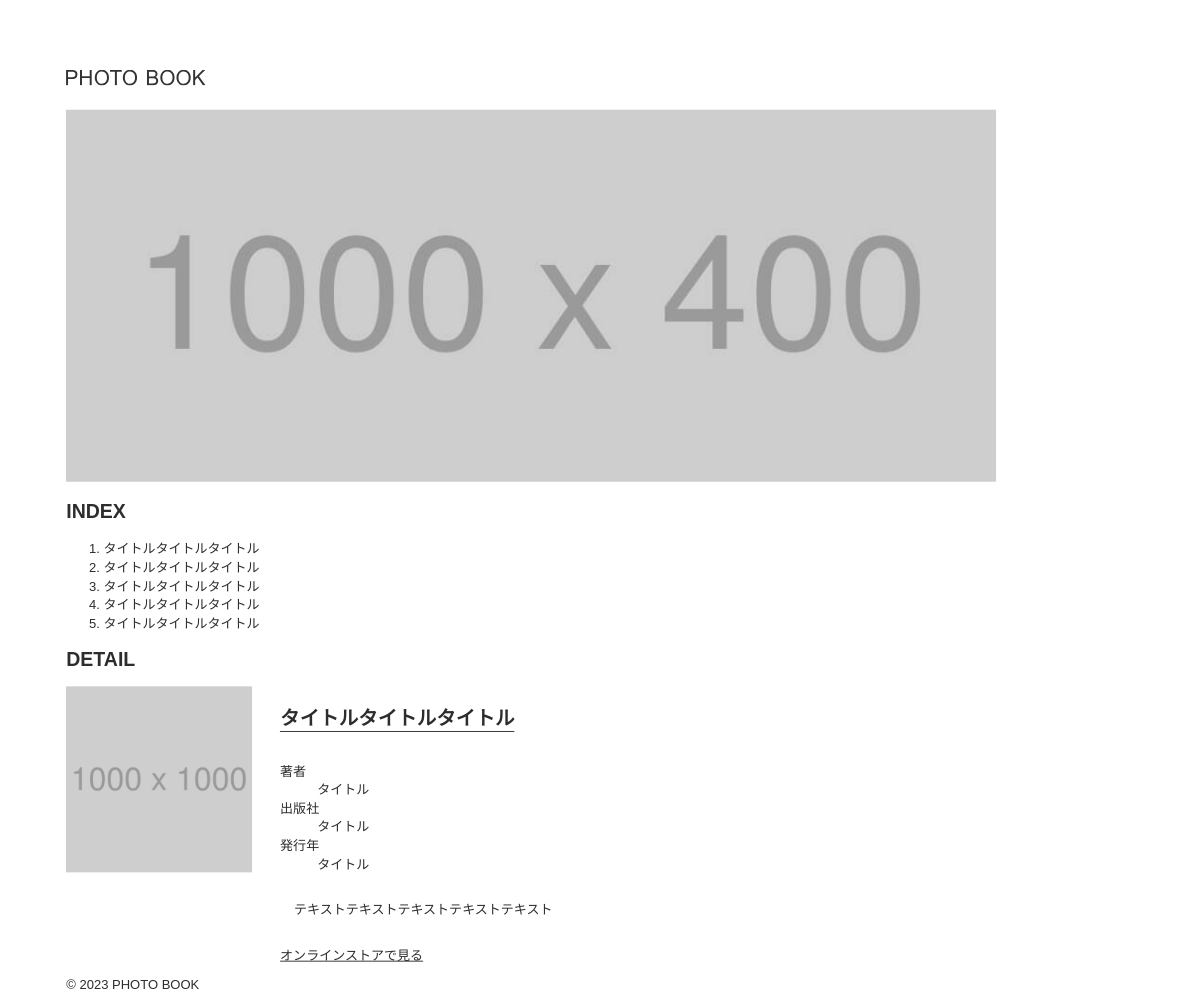
Repository: Fuki-san/photo-book-1
Page: http://localhost/photo
An editor plug-in stored every save of this project. The page is shown before and after the next save, followed by the edit.
The browser window is 1280 px wide. The pictures show the whole page, at 93% of full size.
The page is served by the project's Laravel application, run on PHP 8.4 with Laravel 10. Other server files are loaded and not shown.

Above is the page before, as saved 2023-11-26 16:05:15.

### routes/web.php
<?php

use Illuminate\Support\Facades\Route;

/*
|--------------------------------------------------------------------------
| Web Routes
|--------------------------------------------------------------------------
|
| Here is where you can register web routes for your application. These
| routes are loaded by the RouteServiceProvider and all of them will
| be assigned to the "web" middleware group. Make something great!
|
*/

Route::get('/', function () {
    return view('welcome');
});

Route::get('photo', function () {
    return view('photo');
});

### resources/views/photo.blade.php
@extends('layouts.main')

@section('title', 'photo')

@section('content')
    <header id="header" class="wrapper">
        <h1 class="site-title"><a href="#"><img src="img/logo.svg"></a></h1>
    </header>

    <main class="wrapper">
        <div id="mainvisual">
            <img src="img/mainvisual.jpg">
        </div>
        <section id="index">
            <h2 class="sec-title">INDEX</h2>
            <ol>
                <li>タイトルタイトルタイトル</li>
                <li>タイトルタイトルタイトル</li>
                <li>タイトルタイトルタイトル</li>
                <li>タイトルタイトルタイトル</li>
                <li>タイトルタイトルタイトル</li>
            </ol>
        </section>
        <section id="detail">
            <h2 class="sec-title">DETAIL</h2>
            <div class="flex-item">
                <div class="detail-img">
                    <img src="img/detail.jpg">
                </div>
                <div class="text">
                    <h2 class="sec-title">タイトルタイトルタイトル</h2>
                    <dl>
                        <dt>著者</dt>
                        <dd>タイトル</dd>
                        <dt>出版社</dt>
                        <dd>タイトル</dd>
                        <dt>発行年</dt>
                        <dd>タイトル</dd>
                    </dl>
                    <p>テキストテキストテキストテキストテキスト</p>
                    <a href="#">オンラインストアで見る</a>
                </div>
            </div>

        </section>
    </main>

    <footer id="footer" class="wrapper">
        <p class="copyright">&copy; 2023 PHOTO BOOK</p>
    </footer>
@endsection

### resources/views/layouts/main.blade.php
<!DOCTYPE html>
<html lang="ja">
<head>
    <meta charset="UTF-8">
    <meta name="viewport" content="width=device-width, initial-scale=1.0">
    <meta http-equiv="X-UA-Compatible" content="ie=edge">
    <link rel="stylesheet" href="{{ asset('css/reset.css') }}">
    <link rel="stylesheet" href="{{ asset('css/style.css') }}">
    <link rel="icon" href="img/favicon.ico">
    <title>@yield('title')</title>
</head>
<body>
    @yield('content')
</body>
</html>

### public/css/style.css
html{
    font-size: 100%;
}
body{
    color: #2d2d2d;
    font-family: Arial, Helvetica, sans-serif;
    font-size: 0.875rem;
}
img{
    max-width: 100%;
}

.wrapper {
    padding: 0 5%;
}
a{
    color: #2d2d2d;
}

#header .site-title{
    width: 150px;
}
#header .site-title a{
    display: block;
}
#header{
    margin-bottom: 10px;
    padding-top: 40px;
}

#mainvisual{
    vertical-align: bottom;
}

#index{
    margin: 0 auto;
    text-align: left;
}
#index ul{
    display: inline;
}

.detail-img{
    width: 200px;
}
.flex-item{
    display: flex;
}

.text{
    padding: 0 30px;
}
.text dl{
    display: flex;
    flex-wrap: wrap;
}
.text dt{
    width: 20%;
}

.text dd{
    width: 80%;
}
.text h2{
    display: inline-block;
    border-bottom: solid 1px #2d2d2d;
}
.text p{
    padding: 15px;
}

### public/img/logo.svg
<?xml version="1.0" encoding="utf-8"?>
<!-- Generator: Adobe Illustrator 15.1.0, SVG Export Plug-In . SVG Version: 6.00 Build 0)  -->
<!DOCTYPE svg PUBLIC "-//W3C//DTD SVG 1.1//EN" "http://www.w3.org/Graphics/SVG/1.1/DTD/svg11.dtd">
<svg version="1.1" id="レイヤー_1" xmlns="http://www.w3.org/2000/svg" xmlns:xlink="http://www.w3.org/1999/xlink" x="0px"
	 y="0px" width="1400px" height="156px" viewBox="0 0 1400 156" enable-background="new 0 0 1400 156" xml:space="preserve">
<g>
	<path fill="#333333" d="M0,152.092V2.65h56.373c9.92,0,17.498,0.477,22.731,1.428c7.34,1.223,13.49,3.552,18.451,6.982
		c4.96,3.433,8.953,8.241,11.978,14.425c3.022,6.185,4.536,12.98,4.536,20.387c0,12.709-4.043,23.463-12.129,32.264
		c-8.09,8.802-22.699,13.202-43.834,13.202h-38.33v60.754H0z M19.775,73.702h38.636c12.775,0,21.847-2.379,27.217-7.136
		c5.369-4.757,8.053-11.451,8.053-20.082c0-6.252-1.581-11.604-4.741-16.056c-3.16-4.45-7.324-7.391-12.487-8.817
		c-3.33-0.883-9.481-1.325-18.452-1.325H19.775V73.702z"/>
	<path fill="#333333" d="M139.859,152.092V2.65h19.776v61.367h77.677V2.65h19.775v149.441h-19.775V81.652h-77.677v70.439H139.859z"
		/>
	<path fill="#333333" d="M288.174,79.309c0-24.805,6.66-44.224,19.98-58.258C321.473,7.019,338.667,0,359.735,0
		c13.795,0,26.232,3.298,37.309,9.889c11.076,6.593,19.521,15.784,25.332,27.574c5.811,11.791,8.716,25.163,8.716,40.112
		c0,15.155-3.059,28.713-9.175,40.674c-6.116,11.961-14.781,21.016-25.993,27.166c-11.214,6.15-23.311,9.226-36.291,9.226
		c-14.067,0-26.641-3.398-37.717-10.194c-11.079-6.794-19.471-16.071-25.179-27.829C291.029,104.86,288.174,92.425,288.174,79.309z
		 M308.562,79.614c0,18.01,4.843,32.197,14.527,42.559c9.684,10.364,21.831,15.546,36.442,15.546
		c14.884,0,27.131-5.231,36.75-15.699c9.615-10.464,14.423-25.313,14.423-44.546c0-12.165-2.057-22.784-6.167-31.856
		c-4.112-9.071-10.126-16.106-18.043-21.101c-7.917-4.995-16.804-7.493-26.656-7.493c-14,0-26.046,4.81-36.137,14.425
		C313.608,41.065,308.562,57.121,308.562,79.614z"/>
	<path fill="#333333" d="M490.425,152.092V20.286h-49.237V2.65h118.451v17.636h-49.439v131.806H490.425z"/>
	<path fill="#333333" d="M570.14,79.309c0-24.805,6.658-44.224,19.979-58.258C603.438,7.019,620.632,0,641.7,0
		c13.794,0,26.23,3.298,37.309,9.889c11.076,6.593,19.522,15.784,25.331,27.574c5.813,11.791,8.717,25.163,8.717,40.112
		c0,15.155-3.059,28.713-9.176,40.674c-6.114,11.961-14.779,21.016-25.992,27.166s-23.311,9.226-36.291,9.226
		c-14.068,0-26.641-3.398-37.717-10.194c-11.078-6.794-19.47-16.071-25.179-27.829C572.994,104.86,570.14,92.425,570.14,79.309z
		 M590.526,79.614c0,18.01,4.843,32.197,14.527,42.559c9.685,10.364,21.83,15.546,36.442,15.546
		c14.883,0,27.132-5.231,36.748-15.699c9.615-10.464,14.424-25.313,14.424-44.546c0-12.165-2.057-22.784-6.166-31.856
		c-4.113-9.071-10.127-16.106-18.043-21.101c-7.918-4.995-16.804-7.493-26.658-7.493c-14,0-26.044,4.81-36.136,14.425
		C595.572,41.065,590.526,57.121,590.526,79.614z"/>
	<path fill="#333333" d="M812.43,152.092V2.65h56.066c11.416,0,20.573,1.514,27.472,4.537c6.896,3.024,12.3,7.68,16.209,13.966
		c3.907,6.286,5.861,12.861,5.861,19.724c0,6.39-1.732,12.404-5.198,18.044c-3.467,5.641-8.7,10.193-15.7,13.659
		c9.039,2.65,15.987,7.172,20.848,13.558c4.857,6.389,7.289,13.933,7.289,22.631c0,7-1.479,13.506-4.435,19.521
		c-2.957,6.016-6.612,10.652-10.958,13.915c-4.352,3.261-9.806,5.726-16.363,7.391c-6.558,1.666-14.593,2.497-24.106,2.497H812.43z
		 M832.206,65.444h32.313c8.768,0,15.053-0.576,18.859-1.733c5.027-1.493,8.818-3.975,11.366-7.439
		c2.548-3.468,3.822-7.815,3.822-13.049c0-4.961-1.188-9.328-3.567-13.099c-2.38-3.773-5.776-6.354-10.192-7.748
		c-4.419-1.393-11.997-2.09-22.733-2.09h-29.868V65.444z M832.206,134.457h37.208c6.386,0,10.872-0.237,13.455-0.715
		c4.552-0.814,8.358-2.173,11.417-4.077c3.058-1.901,5.571-4.672,7.544-8.308c1.971-3.634,2.956-7.832,2.956-12.589
		c0-5.571-1.428-10.414-4.281-14.526c-2.854-4.111-6.814-6.999-11.876-8.665c-5.063-1.664-12.354-2.497-21.865-2.497h-34.558
		V134.457z"/>
	<path fill="#333333" d="M946.479,79.309c0-24.805,6.659-44.224,19.979-58.258C979.776,7.019,996.972,0,1018.039,0
		c13.794,0,26.23,3.298,37.309,9.889c11.077,6.593,19.521,15.784,25.331,27.574c5.812,11.791,8.717,25.163,8.717,40.112
		c0,15.155-3.058,28.713-9.175,40.674s-14.781,21.016-25.994,27.166s-23.311,9.226-36.29,9.226
		c-14.068,0-26.641-3.398-37.717-10.194c-11.078-6.794-19.47-16.071-25.18-27.829C949.332,104.86,946.479,92.425,946.479,79.309z
		 M966.865,79.614c0,18.01,4.842,32.197,14.526,42.559c9.685,10.364,21.83,15.546,36.442,15.546
		c14.884,0,27.133-5.231,36.749-15.699c9.615-10.464,14.424-25.313,14.424-44.546c0-12.165-2.057-22.784-6.166-31.856
		c-4.113-9.071-10.127-16.106-18.044-21.101c-7.917-4.995-16.803-7.493-26.657-7.493c-14.001,0-26.044,4.81-36.136,14.425
		C971.91,41.065,966.865,57.121,966.865,79.614z"/>
	<path fill="#333333" d="M1108.865,79.309c0-24.805,6.66-44.224,19.979-58.258C1142.163,7.019,1159.357,0,1180.426,0
		c13.794,0,26.23,3.298,37.31,9.889c11.076,6.593,19.521,15.784,25.332,27.574c5.811,11.791,8.715,25.163,8.715,40.112
		c0,15.155-3.059,28.713-9.175,40.674c-6.115,11.961-14.779,21.016-25.993,27.166s-23.312,9.226-36.29,9.226
		c-14.068,0-26.642-3.398-37.719-10.194c-11.078-6.794-19.469-16.071-25.177-27.829
		C1111.719,104.86,1108.865,92.425,1108.865,79.309z M1129.254,79.614c0,18.01,4.842,32.197,14.525,42.559
		c9.684,10.364,21.831,15.546,36.442,15.546c14.882,0,27.131-5.231,36.749-15.699c9.615-10.464,14.424-25.313,14.424-44.546
		c0-12.165-2.057-22.784-6.167-31.856c-4.113-9.071-10.127-16.106-18.043-21.101c-7.917-4.995-16.804-7.493-26.658-7.493
		c-13.999,0-26.044,4.81-36.135,14.425C1134.298,41.065,1129.254,57.121,1129.254,79.614z"/>
	<path fill="#333333" d="M1276.45,152.092V2.65h19.776V76.76l74.211-74.109h26.81l-62.691,60.552l65.444,88.89h-26.096
		l-53.213-75.638l-24.465,23.854v51.784H1276.45z"/>
</g>
</svg>

After the next save:
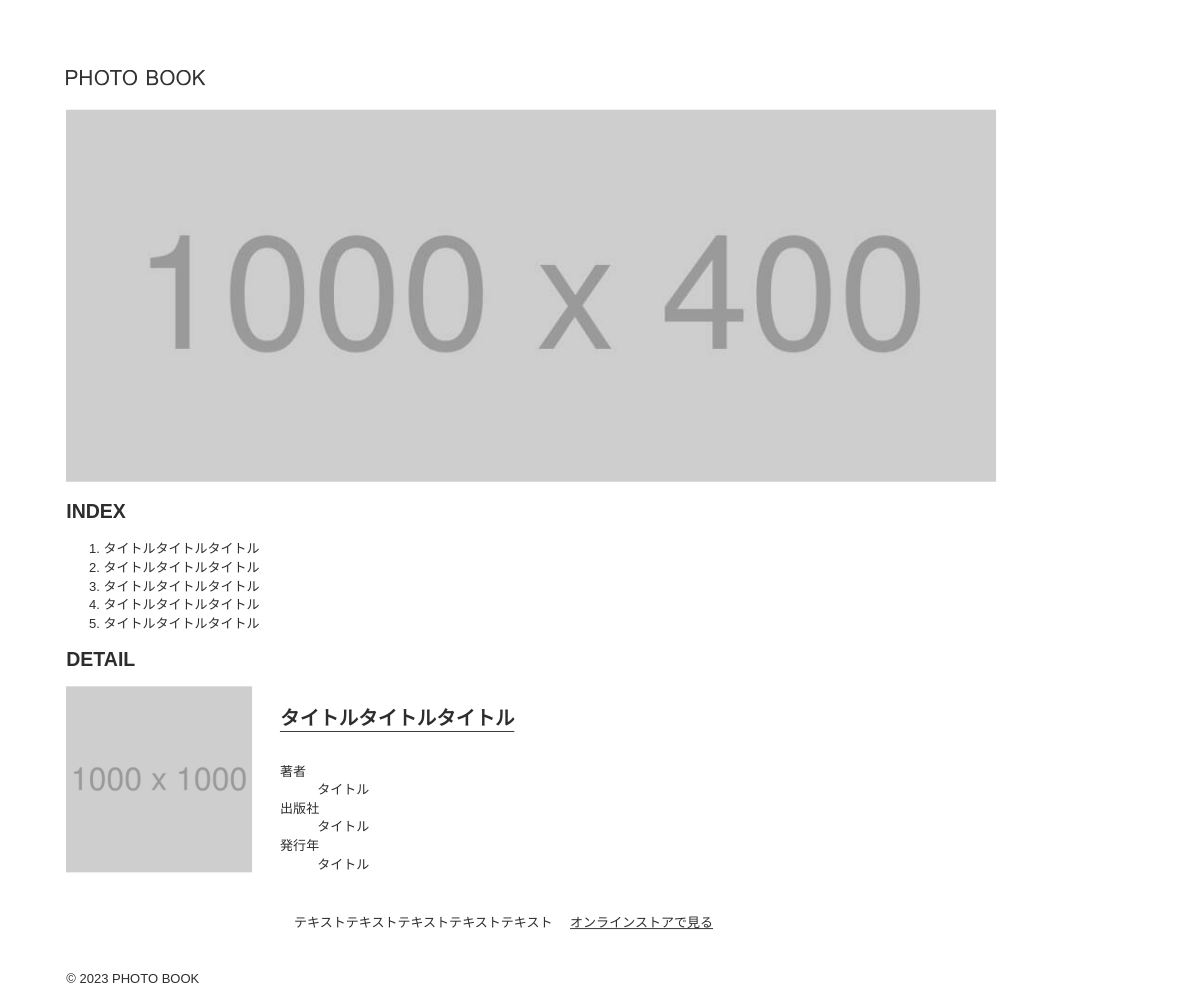
Saved 16 s later.
--- a/public/css/style.css
+++ b/public/css/style.css
@@ -67,4 +67,6 @@ a{
 }
 .text p{
     padding: 15px;
+    display: inline-block;
+    bor
 }
